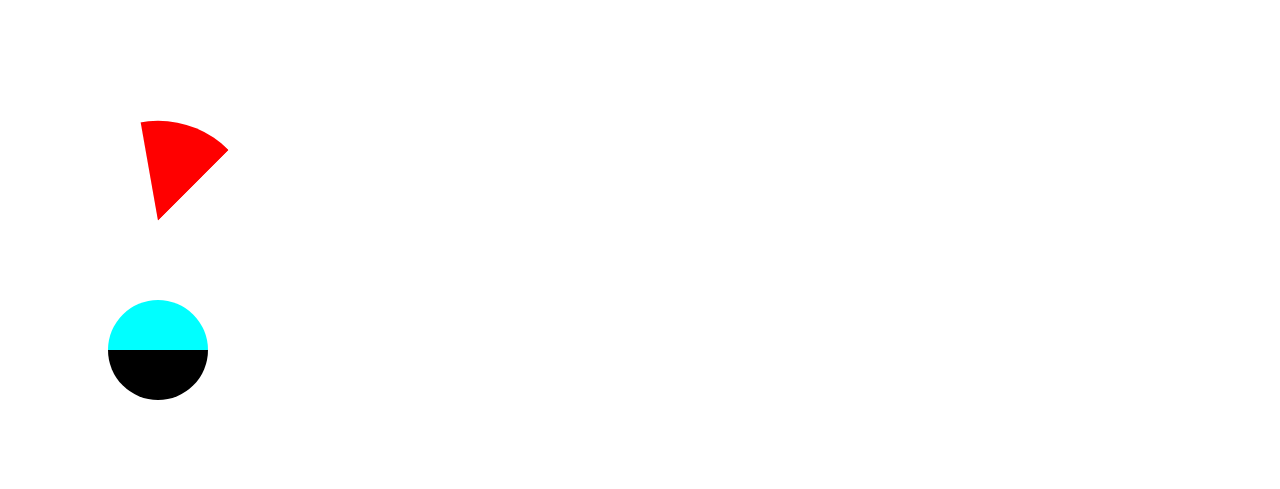
Repository: MMXiaohang/frontend-interview-coding
Page: 56.扇形.html
The author's editor kept a copy of each file at every save. The page is drawn from the files as they stood at one save, then again after the next save.
The browser window is 1280 px wide. The pictures show the whole page.

Above is the page before, as saved 2022-08-12 00:17:14.

### 56.扇形.html
<!DOCTYPE html>
<html lang="en">
<head>
    <meta charset="UTF-8">
    <meta http-equiv="X-UA-Compatible" content="IE=edge">
    <meta name="viewport" content="width=device-width, initial-scale=1.0">
    <title>扇形</title>
    <style>
        #div{
            margin-top: 100px;
            margin-left: 100px;
            width: 100px;
            height: 100px;
            position: relative;
            background: transparent;
            overflow: hidden;
            transform: rotate(-45deg);
        }

        #circle{
            position: absolute;
            right: 0;
            top: 0;
            width: 200px;
            height: 200px;
            border-radius: 50%;
            background-color: transparent;
            overflow: hidden;
        }

        #d1{
            transform: skewX(145deg);
            transform-origin: 0 100%;
            position: absolute;
            right: 0;
            top: 0;
            background-color: red;
            width: 100px;
            height: 100px;
        }

        .container{
            width: 100px;
            height: 100px;
            margin-top: 100px;
            margin-left: 100px;
            background-color: transparent;
        }

        .c1{
            width: 100px;
            height: 50px;
            background-color: aqua;
            border-radius: 50px 50px 0 0;
        }

        .c2{
            width: 100px;
            height: 50px;
            background-color: black;
            border-radius: 0 0 50px 50px;
            /* transform: rotate(45deg); */
        }
    </style>
</head>
<body>
    <div id="div">
        <div id="circle">
            <div id="d1"></div>
        </div>
    </div>


    <div class="container">
        <div class="c1"></div>
        <div class="c2"></div>
    </div>
</body>
</html>

After the next save:
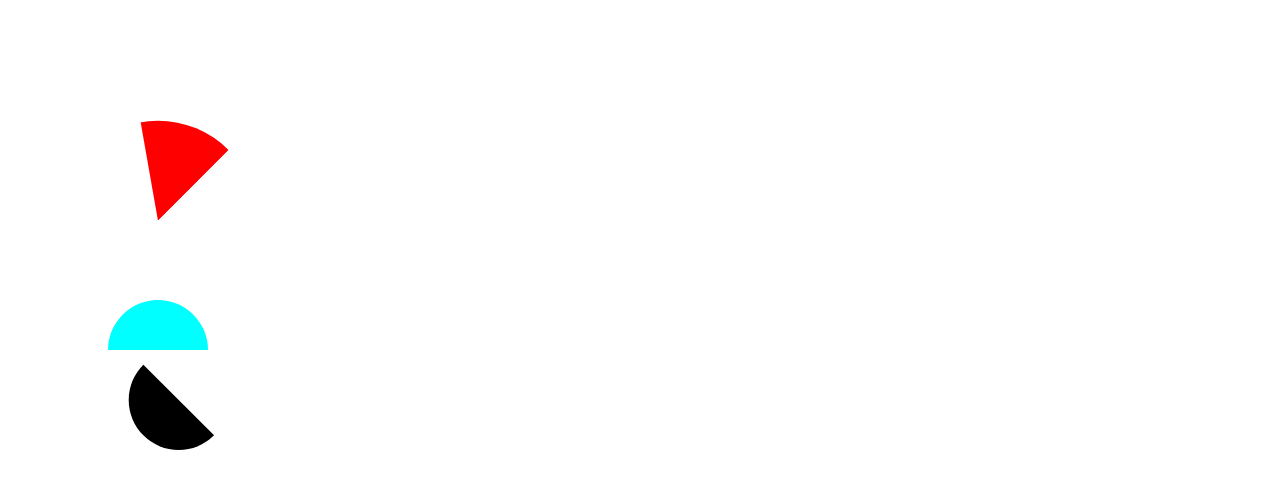
Saved 12 s later.
--- a/56.扇形.html
+++ b/56.扇形.html
@@ -59,7 +59,8 @@
             height: 50px;
             background-color: black;
             border-radius: 0 0 50px 50px;
-            /* transform: rotate(45deg); */
+            transform: rotate(45deg);
+            transform-origin: 0 100%;
         }
     </style>
 </head>
